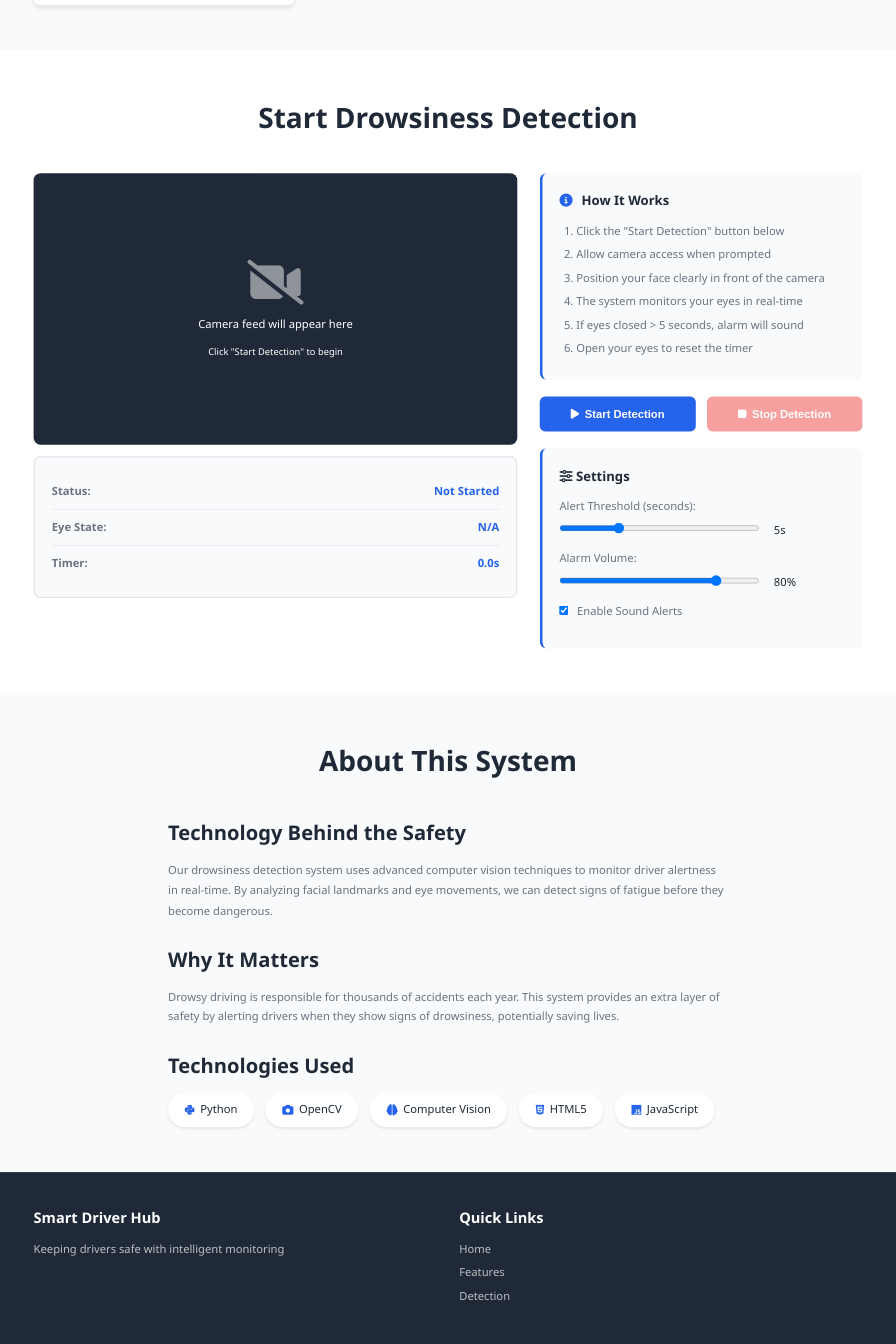
Repository: shravanramakunja/drowsy-detector
Page: web/index.html
The author's editor kept a copy of each file at every save. The page is drawn from the files as they stood at one save, then again after the next save.
The browser window is 1280 px wide. The pictures show the part of the page from y = 1529 to 3449 px (the page is 3449 px tall before and 3382 px after), at 70% of full size.

Above is the page before, as saved 2025-10-16 14:46:39.

### web/index.html
<!DOCTYPE html>
<html lang="en">
<head>
    <meta charset="UTF-8">
    <meta name="viewport" content="width=device-width, initial-scale=1.0">
    <title>Smart Driver Hub - Drowsiness Detection</title>
    <link rel="stylesheet" href="styles.css">
    <link rel="stylesheet" href="https://cdnjs.cloudflare.com/ajax/libs/font-awesome/6.4.0/css/all.min.css">
</head>
<body>
    <div class="container">
        <!-- Header -->
        <header class="header">
            <div class="logo">
                <i class="fas fa-car"></i>
                <h1>Smart Driver Hub</h1>
            </div>
            <nav class="nav">
                <a href="#home" class="nav-link active">Home</a>
                <a href="#features" class="nav-link">Features</a>
                <a href="#detection" class="nav-link">Detection</a>
                <a href="#about" class="nav-link">About</a>
            </nav>
        </header>

        <!-- Hero Section -->
        <section id="home" class="hero">
            <div class="hero-content">
                <h2 class="hero-title">Drive Safe, Stay Alert</h2>
                <p class="hero-subtitle">Real-time drowsiness detection system to keep you safe on the road</p>
                <div class="hero-stats">
                    <div class="stat">
                        <i class="fas fa-shield-alt"></i>
                        <h3>100%</h3>
                        <p>Safety First</p>
                    </div>
                    <div class="stat">
                        <i class="fas fa-clock"></i>
                        <h3>Real-time</h3>
                        <p>Detection</p>
                    </div>
                    <div class="stat">
                        <i class="fas fa-bell"></i>
                        <h3>Instant</h3>
                        <p>Alerts</p>
                    </div>
                </div>
            </div>
        </section>

        <!-- Features Section -->
        <section id="features" class="features">
            <h2 class="section-title">Key Features</h2>
            <div class="features-grid">
                <div class="feature-card">
                    <i class="fas fa-eye"></i>
                    <h3>Eye Tracking</h3>
                    <p>Advanced eye detection using OpenCV to monitor your alertness</p>
                </div>
                <div class="feature-card">
                    <i class="fas fa-stopwatch"></i>
                    <h3>5-Second Detection</h3>
                    <p>Triggers alarm if eyes are closed for more than 5 seconds</p>
                </div>
                <div class="feature-card">
                    <i class="fas fa-volume-up"></i>
                    <h3>Audio Alerts</h3>
                    <p>Loud alarm sound to wake you up immediately</p>
                </div>
                <div class="feature-card">
                    <i class="fas fa-video"></i>
                    <h3>Live Video Feed</h3>
                    <p>Real-time camera monitoring with visual indicators</p>
                </div>
                <div class="feature-card">
                    <i class="fas fa-chart-line"></i>
                    <h3>Timer Display</h3>
                    <p>Shows countdown of how long eyes have been closed</p>
                </div>
                <div class="feature-card">
                    <i class="fas fa-cog"></i>
                    <h3>Easy to Use</h3>
                    <p>Simple interface with quick start and stop controls</p>
                </div>
                <!-- Fuel efficiency quick card -->
                <div class="feature-card">
                    <i class="fas fa-gas-pump"></i>
                    <h3>Fuel Efficiency Predictor</h3>
                    <p>Quickly estimate fuel efficiency based on vehicle data (demo)</p>
                    <button class="btn btn-secondary" id="predictBtn" onclick="openFuelModal()">Predict Fuel Efficiency</button>
                </div>
            </div>
        </section>

        <!-- Detection Section -->
        <section id="detection" class="detection">
            <h2 class="section-title">Start Drowsiness Detection</h2>
            <div class="detection-container">
                <div class="video-section">
                    <div class="video-placeholder" id="videoPlaceholder">
                        <i class="fas fa-video-slash"></i>
                        <p>Camera feed will appear here</p>
                        <small>Click "Start Detection" to begin</small>
                    </div>
                    <div class="status-panel">
                        <div class="status-item">
                            <span class="status-label">Status:</span>
                            <span class="status-value" id="statusValue">Not Started</span>
                        </div>
                        <div class="status-item">
                            <span class="status-label">Eye State:</span>
                            <span class="status-value" id="eyeState">N/A</span>
                        </div>
                        <div class="status-item">
                            <span class="status-label">Timer:</span>
                            <span class="status-value" id="timerValue">0.0s</span>
                        </div>
                    </div>
                </div>

                <div class="control-section">
                    <div class="info-box">
                        <h3><i class="fas fa-info-circle"></i> How It Works</h3>
                        <ol>
                            <li>Click the "Start Detection" button below</li>
                            <li>Allow camera access when prompted</li>
                            <li>Position your face clearly in front of the camera</li>
                            <li>The system monitors your eyes in real-time</li>
                            <li>If eyes closed &gt; 5 seconds, alarm will sound</li>
                            <li>Open your eyes to reset the timer</li>
                        </ol>
                    </div>

                    <div class="button-group">
                        <button class="btn btn-primary" id="startBtn" onclick="startDetection()">
                            <i class="fas fa-play"></i> Start Detection
                        </button>
                        <button class="btn btn-danger" id="stopBtn" onclick="stopDetection()" disabled>
                            <i class="fas fa-stop"></i> Stop Detection
                        </button>
                    </div>

                    <div class="settings-box">
                        <h3><i class="fas fa-sliders-h"></i> Settings</h3>
                        <div class="setting-item">
                            <label for="thresholdSlider">Alert Threshold (seconds):</label>
                            <input type="range" id="thresholdSlider" min="3" max="10" value="5" step="1">
                            <span id="thresholdValue">5</span>s
                        </div>
                        <div class="setting-item">
                            <label for="volumeSlider">Alarm Volume:</label>
                            <input type="range" id="volumeSlider" min="0" max="100" value="80" step="10">
                            <span id="volumeValue">80</span>%
                        </div>
                        <div class="setting-item">
                            <label>
                                <input type="checkbox" id="soundToggle" checked>
                                Enable Sound Alerts
                            </label>
                        </div>
                    </div>

                    <div class="alert-box" id="alertBox" style="display: none;">
                        <i class="fas fa-exclamation-triangle"></i>
                        <strong>DROWSINESS ALERT!</strong>
                        <p>Wake up! Your eyes have been closed too long.</p>
                    </div>
                </div>
            </div>
        </section>

        <!-- Fuel Prediction Modal -->
        <div id="fuelModal" class="modal" style="display:none;">
            <div class="modal-content">
                <span class="close" onclick="closeFuelModal()">&times;</span>
                <h3>Predict Fuel Efficiency (Demo)</h3>
                <p>Enter basic vehicle info to see a demo estimate.</p>
                <div class="form-grid">
                    <label>Engine Size (L)</label>
                    <input id="engineSize" type="number" step="0.1" value="2.0">
                    <label>Vehicle Weight (kg)</label>
                    <input id="vehicleWeight" type="number" value="1500">
                    <label>Horsepower (HP)</label>
                    <input id="horsepower" type="number" value="140">
                    <label>Transmission (0=Auto,1=Manual)</label>
                    <input id="transmission" type="number" value="0">
                    <label>Vehicle Type</label>
                    <select id="vehicleType">
                        <option value="sedan" selected>Sedan</option>
                        <option value="suv">SUV</option>
                        <option value="hatchback">Hatchback</option>
                        <option value="truck">Truck</option>
                        <option value="coupe">Coupe</option>
                        <option value="electric">Electric</option>
                    </select>
                </div>
                <div class="progress-bar" id="predictProgress" style="display:none;">
                    <div class="progress-fill" id="progressFill" style="width:0%"></div>
                </div>
                <div class="result-box" id="predictResult" style="display:none;">
                    <h4>Estimated Fuel Efficiency</h4>
                    <p id="fuelValue">-- km/l</p>
                    <div class="result-stats">
                        <div>City: <strong id="cityVal">--</strong></div>
                        <div>Highway: <strong id="highwayVal">--</strong></div>
                    </div>
                </div>
                <div class="modal-actions">
                    <button class="btn btn-primary" onclick="runFuelPrediction()">Predict</button>
                    <button class="btn" onclick="resetFuelModal()">Reset</button>
                </div>
            </div>
        </div>

        <!-- About Section -->
        <section id="about" class="about">
            <h2 class="section-title">About This System</h2>
            <div class="about-content">
                <div class="about-text">
                    <h3>Technology Behind the Safety</h3>
                    <p>Our drowsiness detection system uses advanced computer vision techniques to monitor driver alertness in real-time. By analyzing facial landmarks and eye movements, we can detect signs of fatigue before they become dangerous.</p>

                    <h3>Why It Matters</h3>
                    <p>Drowsy driving is responsible for thousands of accidents each year. This system provides an extra layer of safety by alerting drivers when they show signs of drowsiness, potentially saving lives.</p>

                    <h3>Technologies Used</h3>
                    <ul class="tech-list">
                        <li><i class="fab fa-python"></i> Python</li>
                        <li><i class="fas fa-camera"></i> OpenCV</li>
                        <li><i class="fas fa-brain"></i> Computer Vision</li>
                        <li><i class="fab fa-html5"></i> HTML5</li>
                        <li><i class="fab fa-js"></i> JavaScript</li>
                    </ul>
                </div>
            </div>
        </section>

        <!-- Footer -->
        <footer class="footer">
            <div class="footer-content">
                <div class="footer-section">
                    <h4>Smart Driver Hub</h4>
                    <p>Keeping drivers safe with intelligent monitoring</p>
                </div>
                <div class="footer-section">
                    <h4>Quick Links</h4>
                    <a href="#home">Home</a>
                    <a href="#features">Features</a>
                    <a href="#detection">Detection</a>
                </div>

        </footer>
    </div>

    <script src="script.js"></script>
</body>
</html>

### web/styles.css
* {
    margin: 0;
    padding: 0;
    box-sizing: border-box;
}

:root {
    --primary-color: #2563eb;
    --secondary-color: #1e40af;
    --success-color: #10b981;
    --danger-color: #ef4444;
    --warning-color: #f59e0b;
    --dark: #1f2937;
    --light: #f9fafb;
    --gray: #6b7280;
    --border: #e5e7eb;
}

body {
    font-family: 'Segoe UI', Tahoma, Geneva, Verdana, sans-serif;
    line-height: 1.6;
    color: var(--dark);
    background: linear-gradient(135deg, #667eea 0%, #764ba2 100%);
    min-height: 100vh;
}

.container {
    max-width: 1400px;
    margin: 0 auto;
    background: white;
    box-shadow: 0 20px 60px rgba(0,0,0,0.3);
}

/* Header */
.header {
    display: flex;
    justify-content: space-between;
    align-items: center;
    padding: 1.5rem 3rem;
    background: linear-gradient(135deg, var(--primary-color), var(--secondary-color));
    color: white;
    box-shadow: 0 4px 6px rgba(0,0,0,0.1);
}

.logo {
    display: flex;
    align-items: center;
    gap: 1rem;
}

.logo i {
    font-size: 2rem;
}

.logo h1 {
    font-size: 1.8rem;
    font-weight: 700;
}

.nav {
    display: flex;
    gap: 2rem;
}

.nav-link {
    color: white;
    text-decoration: none;
    font-weight: 500;
    transition: all 0.3s;
    padding: 0.5rem 1rem;
    border-radius: 5px;
}

.nav-link:hover,
.nav-link.active {
    background: rgba(255,255,255,0.2);
}

/* Hero Section */
.hero {
    padding: 4rem 3rem;
    background: linear-gradient(135deg, #667eea 0%, #764ba2 100%);
    color: white;
    text-align: center;
}

.hero-title {
    font-size: 3rem;
    margin-bottom: 1rem;
    font-weight: 800;
}

.hero-subtitle {
    font-size: 1.3rem;
    margin-bottom: 3rem;
    opacity: 0.9;
}

.hero-stats {
    display: flex;
    justify-content: center;
    gap: 4rem;
    flex-wrap: wrap;
}

.stat {
    text-align: center;
}

.stat i {
    font-size: 3rem;
    margin-bottom: 1rem;
}

.stat h3 {
    font-size: 2rem;
    margin-bottom: 0.5rem;
}

/* Section Styles */
.section-title {
    text-align: center;
    font-size: 2.5rem;
    margin-bottom: 3rem;
    color: var(--dark);
    font-weight: 700;
}

/* Features Section */
.features {
    padding: 4rem 3rem;
    background: var(--light);
}

.features-grid {
    display: grid;
    grid-template-columns: repeat(auto-fit, minmax(300px, 1fr));
    gap: 2rem;
}

.feature-card {
    background: white;
    padding: 2rem;
    border-radius: 10px;
    box-shadow: 0 4px 6px rgba(0,0,0,0.1);
    transition: transform 0.3s, box-shadow 0.3s;
    text-align: center;
}

.feature-card:hover {
    transform: translateY(-5px);
    box-shadow: 0 10px 20px rgba(0,0,0,0.15);
}

.feature-card i {
    font-size: 3rem;
    color: var(--primary-color);
    margin-bottom: 1rem;
}

.feature-card h3 {
    font-size: 1.5rem;
    margin-bottom: 1rem;
    color: var(--dark);
}

.feature-card p {
    color: var(--gray);
}

/* Detection Section */
.detection {
    padding: 4rem 3rem;
    background: white;
}

.detection-container {
    display: grid;
    grid-template-columns: 1.5fr 1fr;
    gap: 2rem;
}

.video-section {
    display: flex;
    flex-direction: column;
    gap: 1rem;
}

.video-placeholder {
    background: var(--dark);
    color: white;
    aspect-ratio: 16/9;
    border-radius: 10px;
    display: flex;
    flex-direction: column;
    justify-content: center;
    align-items: center;
    gap: 1rem;
    padding: 2rem;
}

.video-placeholder i {
    font-size: 4rem;
    opacity: 0.5;
}

.status-panel {
    background: var(--light);
    padding: 1.5rem;
    border-radius: 10px;
    border: 2px solid var(--border);
}

.status-item {
    display: flex;
    justify-content: space-between;
    padding: 0.75rem 0;
    border-bottom: 1px solid var(--border);
}

.status-item:last-child {
    border-bottom: none;
}

.status-label {
    font-weight: 600;
    color: var(--gray);
}

.status-value {
    font-weight: 700;
    color: var(--primary-color);
}

.control-section {
    display: flex;
    flex-direction: column;
    gap: 1.5rem;
}

.info-box,
.settings-box {
    background: var(--light);
    padding: 1.5rem;
    border-radius: 10px;
    border-left: 4px solid var(--primary-color);
}

.info-box h3,
.settings-box h3 {
    margin-bottom: 1rem;
    color: var(--dark);
}

.info-box i {
    color: var(--primary-color);
    margin-right: 0.5rem;
}

.info-box ol {
    padding-left: 1.5rem;
}

.info-box li {
    margin-bottom: 0.5rem;
    color: var(--gray);
}

.button-group {
    display: flex;
    gap: 1rem;
}

.btn {
    flex: 1;
    padding: 1rem 2rem;
    border: none;
    border-radius: 8px;
    font-size: 1rem;
    font-weight: 600;
    cursor: pointer;
    transition: all 0.3s;
    display: flex;
    align-items: center;
    justify-content: center;
    gap: 0.5rem;
}

.btn:disabled {
    opacity: 0.5;
    cursor: not-allowed;
}

.btn-primary {
    background: var(--primary-color);
    color: white;
}

.btn-primary:hover:not(:disabled) {
    background: var(--secondary-color);
    transform: translateY(-2px);
    box-shadow: 0 4px 8px rgba(0,0,0,0.2);
}

.btn-danger {
    background: var(--danger-color);
    color: white;
}

.btn-danger:hover:not(:disabled) {
    background: #dc2626;
    transform: translateY(-2px);
    box-shadow: 0 4px 8px rgba(0,0,0,0.2);
}

.setting-item {
    margin-bottom: 1rem;
}

.setting-item label {
    display: block;
    margin-bottom: 0.5rem;
    color: var(--gray);
    font-weight: 500;
}

.setting-item input[type="range"] {
    width: 70%;
    margin-right: 1rem;
}

.setting-item input[type="checkbox"] {
    margin-right: 0.5rem;
}

.alert-box {
    background: var(--danger-color);
    color: white;
    padding: 1.5rem;
    border-radius: 10px;
    text-align: center;
    animation: pulse 1s infinite;
}

.alert-box i {
    font-size: 2rem;
    display: block;
    margin-bottom: 0.5rem;
}

@keyframes pulse {
    0%, 100% { opacity: 1; }
    50% { opacity: 0.7; }
}

/* About Section */
.about {
    padding: 4rem 3rem;
    background: var(--light);
}

.about-content {
    max-width: 800px;
    margin: 0 auto;
}

.about-text h3 {
    color: var(--dark);
    margin: 2rem 0 1rem;
    font-size: 1.8rem;
}

.about-text p {
    color: var(--gray);
    margin-bottom: 1.5rem;
    line-height: 1.8;
}

.tech-list {
    list-style: none;
    display: flex;
    flex-wrap: wrap;
    gap: 1rem;
}

.tech-list li {
    background: white;
    padding: 0.75rem 1.5rem;
    border-radius: 25px;
    box-shadow: 0 2px 4px rgba(0,0,0,0.1);
    display: flex;
    align-items: center;
    gap: 0.5rem;
}

.tech-list i {
    color: var(--primary-color);
}

/* Footer */
.footer {
    background: var(--dark);
    color: white;
    padding: 3rem 3rem 1rem;
}

.footer-content {
    display: grid;
    grid-template-columns: repeat(auto-fit, minmax(250px, 1fr));
    gap: 2rem;
    margin-bottom: 2rem;
}

.footer-section h4 {
    margin-bottom: 1rem;
    font-size: 1.3rem;
}

.footer-section a {
    display: block;
    color: rgba(255,255,255,0.7);
    text-decoration: none;
    margin-bottom: 0.5rem;
    transition: color 0.3s;
}

.footer-section a:hover {
    color: white;
}

.footer-section p {
    color: rgba(255,255,255,0.7);
    margin-bottom: 0.5rem;
}

.footer-section i {
    margin-right: 0.5rem;
}

.footer-bottom {
    text-align: center;
    padding-top: 2rem;
    border-top: 1px solid rgba(255,255,255,0.1);
    color: rgba(255,255,255,0.5);
}

/* Responsive Design */
@media (max-width: 768px) {
    .header {
        flex-direction: column;
        gap: 1rem;
    }

    .nav {
        flex-wrap: wrap;
        justify-content: center;
    }

    .hero-title {
        font-size: 2rem;
    }

    .detection-container {
        grid-template-columns: 1fr;
    }

    .button-group {
        flex-direction: column;
    }
}

/* Modal for fuel prediction */
.modal {
    position: fixed;
    z-index: 9999;
    left: 0;
    top: 0;
    width: 100%;
    height: 100%;
    overflow: auto;
    background-color: rgba(0,0,0,0.5);
    display: flex;
    align-items: center;
    justify-content: center;
}
.modal-content {
    background: white;
    padding: 1.5rem;
    border-radius: 10px;
    width: 520px;
    max-width: 95%;
    box-shadow: 0 10px 30px rgba(0,0,0,0.2);
}
.modal .close {
    float: right;
    font-size: 1.5rem;
    cursor: pointer;
}
.form-grid {
    display: grid;
    grid-template-columns: 1fr 1fr;
    gap: 0.75rem 1rem;
    margin: 1rem 0;
}
.form-grid label { font-weight: 600; color: var(--gray); }
.form-grid input { padding: 0.5rem; border: 1px solid var(--border); border-radius: 6px; }
.modal-actions { display:flex; gap:0.75rem; justify-content:flex-end; margin-top:1rem; }
.progress-bar { background: var(--light); border-radius: 6px; overflow: hidden; height: 12px; margin: 0.5rem 0; border:1px solid var(--border); }
.progress-fill { height:100%; background: linear-gradient(90deg,var(--primary-color),var(--secondary-color)); width:0%; transition:width 0.2s; }
.result-box { background:#f8fafc; padding:0.75rem; border-radius:8px; border:1px solid var(--border); margin-top:0.5rem; }
.result-box h4 { margin-bottom:0.5rem; }
.result-stats { display:flex; gap:1rem; margin-top:0.5rem; }

Loaded but not shown: web/script.js (286 lines, source omitted)

After the next save:
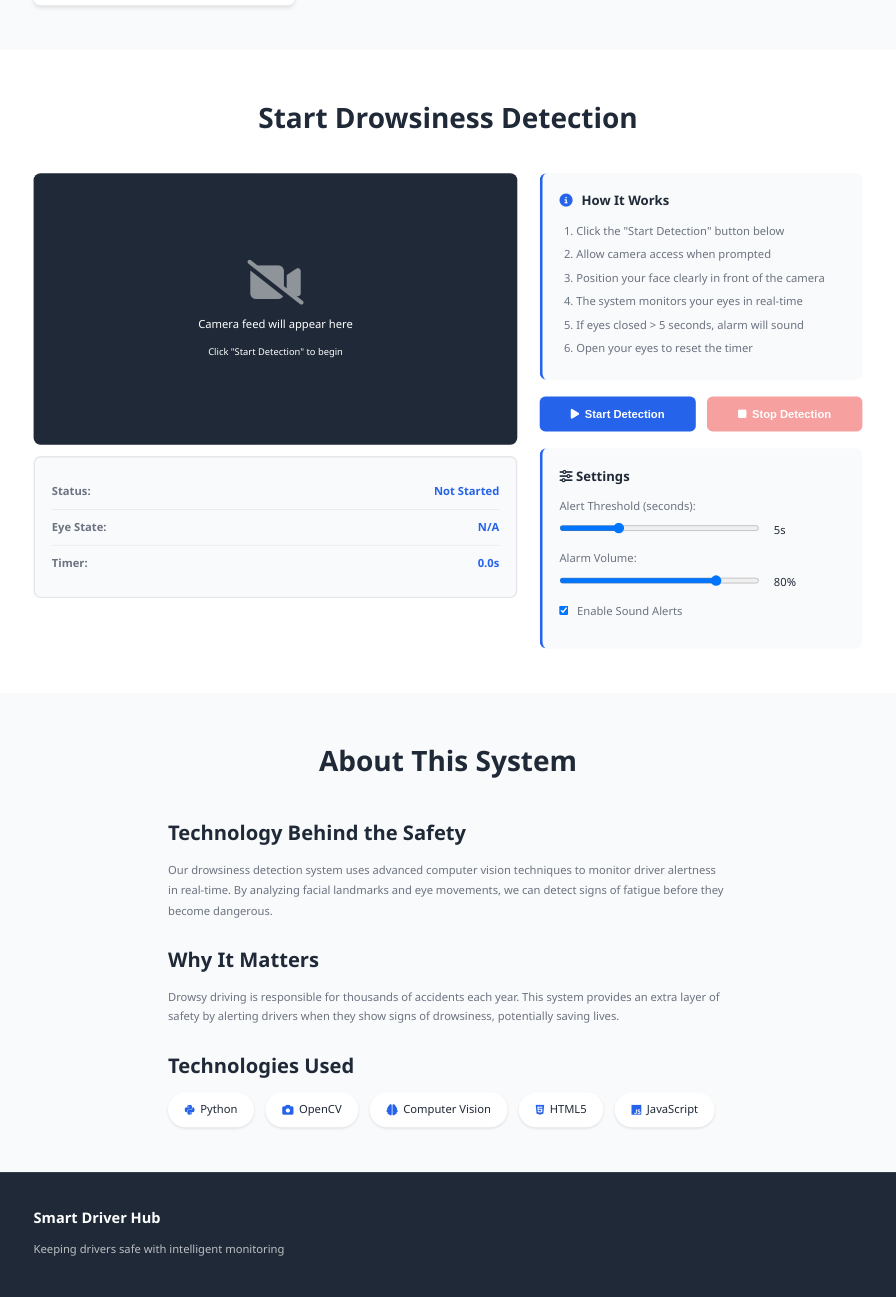
Saved 41 s later.
--- a/web/index.html
+++ b/web/index.html
@@ -242,12 +242,7 @@
                     <h4>Smart Driver Hub</h4>
                     <p>Keeping drivers safe with intelligent monitoring</p>
                 </div>
-                <div class="footer-section">
-                    <h4>Quick Links</h4>
-                    <a href="#home">Home</a>
-                    <a href="#features">Features</a>
-                    <a href="#detection">Detection</a>
-                </div>
+
 
         </footer>
     </div>
